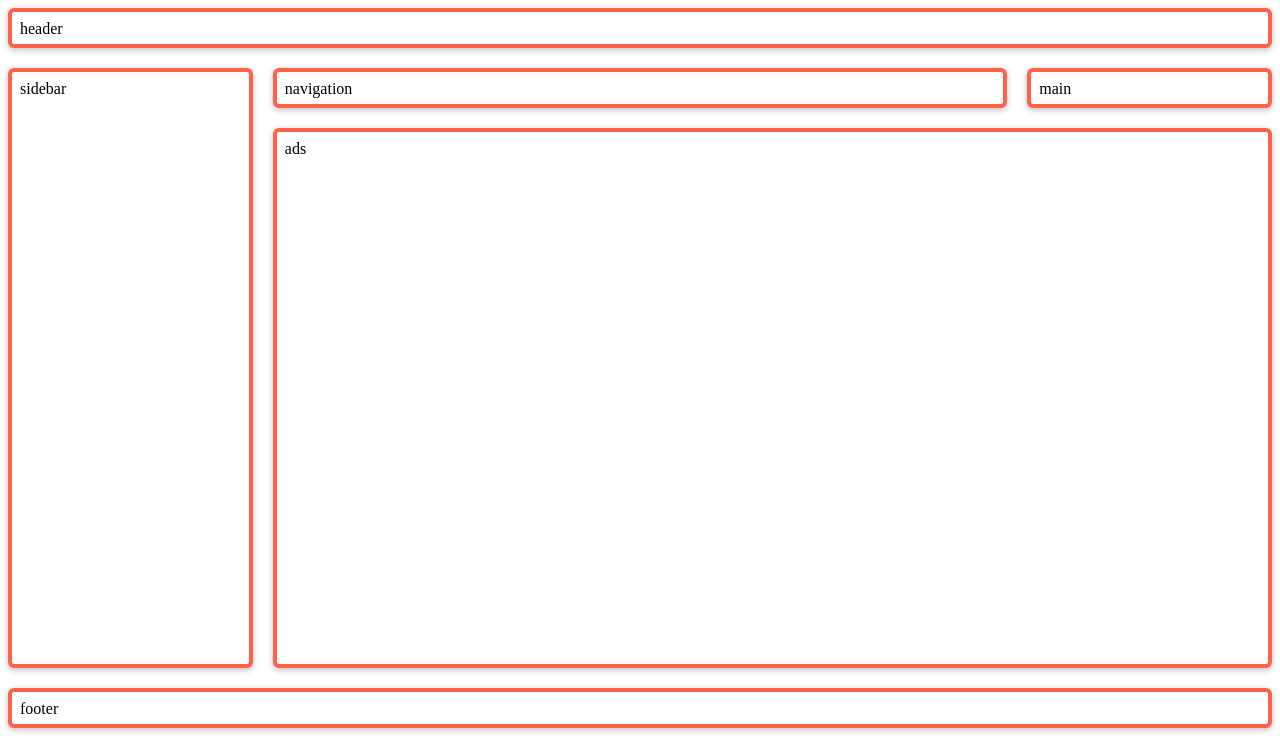
Repository: cokoduwa/css-layouts
Page: grid-exercises/03-page-layout/layout.html
The author's editor kept a copy of each file at every save. The page is drawn from the files as they stood at one save, then again after the next save.
The browser window is 1280 px wide. The pictures show the whole page.

Above is the page before, as saved 2022-09-30 22:14:29.

After the next save:
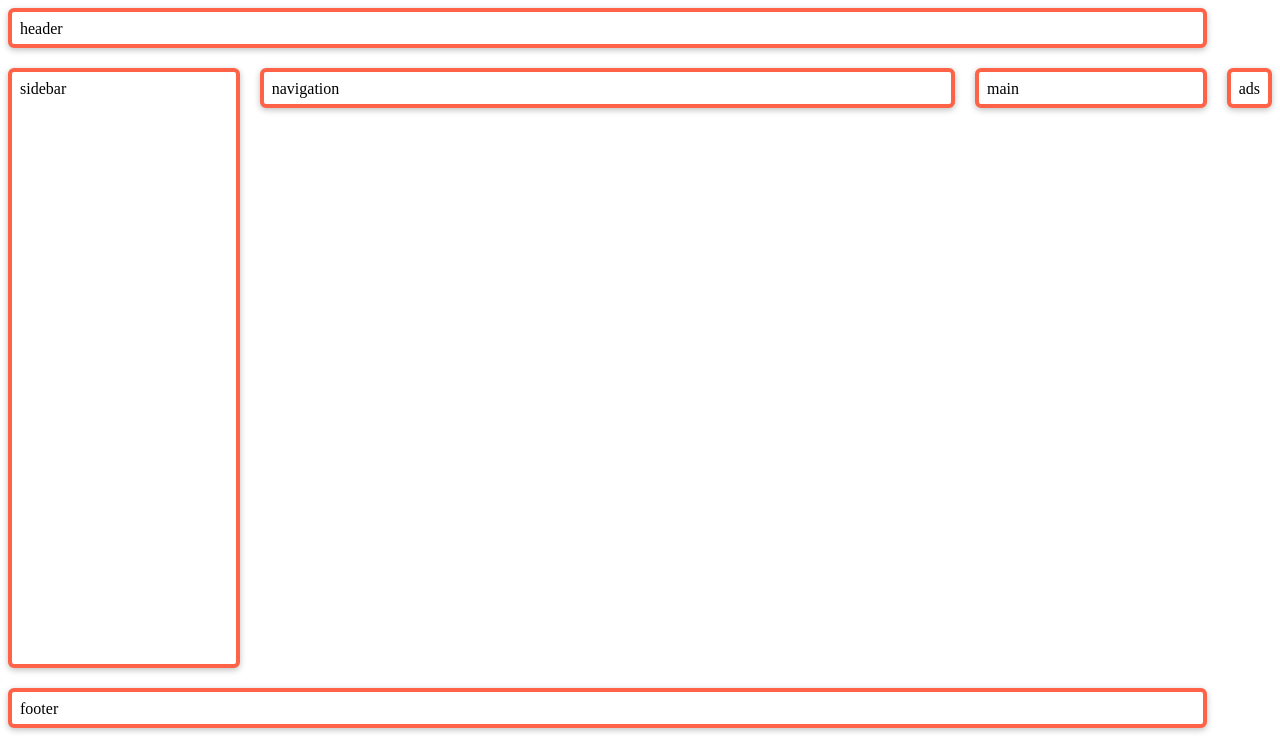
Saved 26 s later.
--- a/grid-exercises/03-page-layout/style.css
+++ b/grid-exercises/03-page-layout/style.css
@@ -36,8 +36,7 @@
 }
 
 .ads {
-  grid-column-start: 2;
-  grid-column-end: 4;
+  grid-column-start: 4;
 }
 
 .footer {
